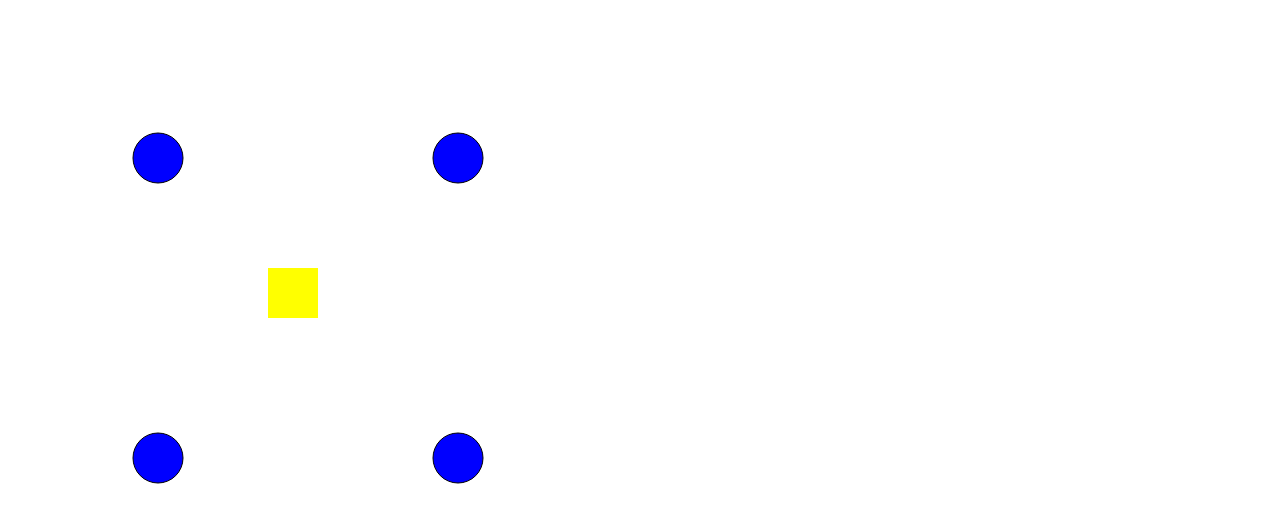
Repository: facio313/Python
Page: HELLO_PYTHON/day17/templates/canvas.html
These files come from the project's save history. The page is drawn as it stood at one moment and after the next save; the edit follows.
The browser window is 1280 px wide. The pictures show the whole page.

Above is the page before, as saved 2022-12-15 10:48:50.

After the next save:
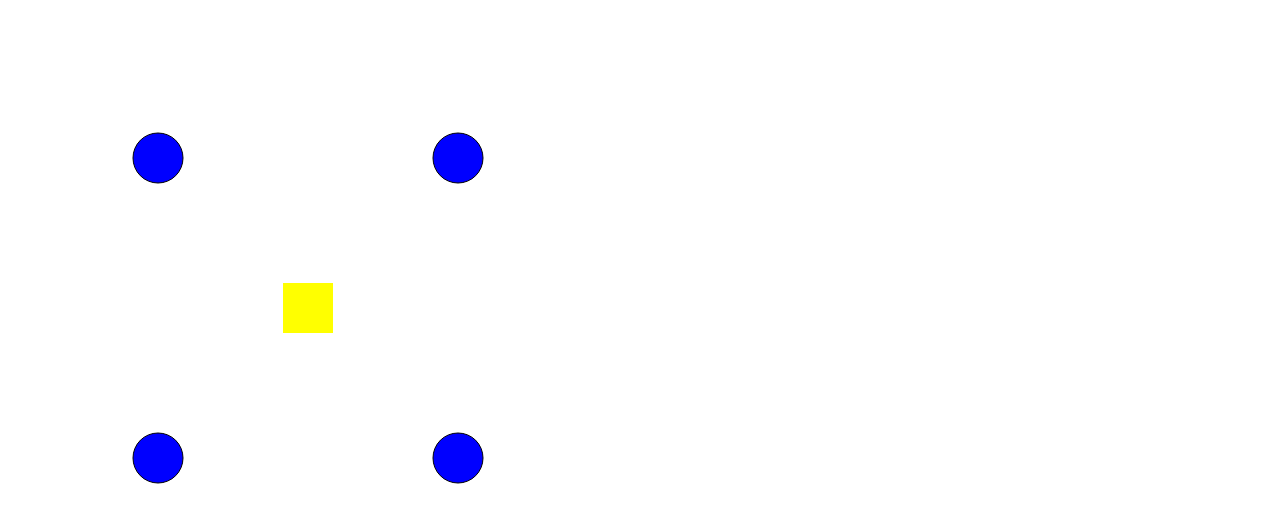
Saved 11 s later.
--- a/HELLO_PYTHON/day17/templates/canvas.html
+++ b/HELLO_PYTHON/day17/templates/canvas.html
@@ -35,7 +35,7 @@ function loader(){
 	ctx.stroke();
 
 	ctx.fillStyle = "rgba(255, 255, 0, 1)";
-	ctx.fillRect (260, 260, 50, 50);
+	ctx.fillRect (275, 275, 50, 50);
 }
 </script>
 
